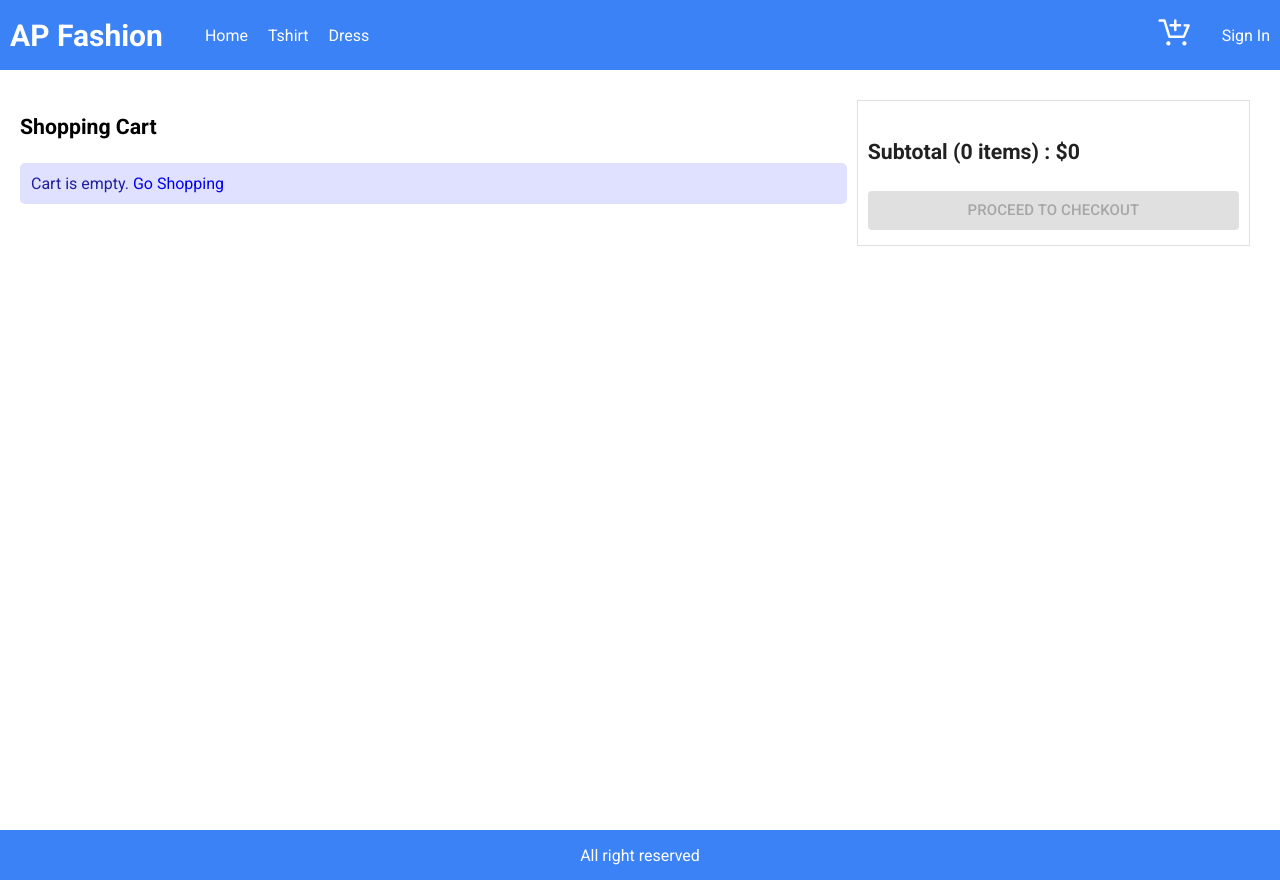
Repository: rexhep/e-commerce
Page: /cart (app in frontend/)
The author's editor kept a copy of each file at every save. The page is drawn from the files as they stood at one save, then again after the next save.
The browser window is 1280 px wide. The pictures show the whole page.
The project was rebuilt for these pictures with package versions that can differ from the ones it lists, and the page was loaded fresh each time. Also part of the build but not shown: frontend/src/actions/userActions.js, frontend/src/components/clientHeader/ClientHeader.jsx, frontend/src/components/LoadingBox.js, frontend/src/components/clientHeader/HeaderSlider.jsx, frontend/src/components/SearchFilters.jsx, frontend/src/components/Rating.js, frontend/src/actions/ratingsAction.js, frontend/src/components/products/Product.js and 26 more.

Above is the page before, as saved 2021-10-28 01:22:53.

### frontend/public/index.html
<!DOCTYPE html>
<html lang="en">
  <head>
    <meta charset="utf-8" />
    <link rel="icon" href="%PUBLIC_URL%/favicon.ico" />
    <meta name="viewport" content="width=device-width, initial-scale=1" />
    <meta name="theme-color" content="#000000" />
    <meta
      name="description"
      content="Web site created using create-react-app"
    />
    <link rel="apple-touch-icon" href="%PUBLIC_URL%/logo192.png" />
    <!--
      manifest.json provides metadata used when your web app is installed on a
      user's mobile device or desktop. See https://developers.google.com/web/fundamentals/web-app-manifest/
    -->
    <link rel="manifest" href="%PUBLIC_URL%/manifest.json" />
    <!--
      Notice the use of %PUBLIC_URL% in the tags above.
      It will be replaced with the URL of the `public` folder during the build.
      Only files inside the `public` folder can be referenced from the HTML.

      Unlike "/favicon.ico" or "favicon.ico", "%PUBLIC_URL%/favicon.ico" will
      work correctly both with client-side routing and a non-root public URL.
      Learn how to configure a non-root public URL by running `npm run build`.
    -->
    <link
        rel="stylesheet"
        href="https://cdnjs.cloudflare.com/ajax/libs/font-awesome/4.7.0/css/font-awesome.min.css"
      />
      <link rel="preconnect" href="https://fonts.googleapis.com">
      <link href="https://fonts.googleapis.com/css2?family=Roboto:ital,wght@0,100;0,300;0,400;0,500;0,700;0,900;1,100;1,300;1,400;1,500;1,700;1,900&display=swap" rel="stylesheet">
    <title>React App</title>
  </head>
  <body>
    <noscript>You need to enable JavaScript to run this app.</noscript>
    <div id="root"></div>
    <!--
      This HTML file is a template.
      If you open it directly in the browser, you will see an empty page.

      You can add webfonts, meta tags, or analytics to this file.
      The build step will place the bundled scripts into the <body> tag.

      To begin the development, run `npm start` or `yarn start`.
      To create a production bundle, use `npm run build` or `yarn build`.
    -->
  </body>
</html>

### frontend/src/index.js
import React from 'react';
import { Provider } from 'react-redux';
import ReactDOM from 'react-dom';
import './index.css';
import App from './App';
import reportWebVitals from './reportWebVitals';
import store from './store';

ReactDOM.render(
  <Provider store={store}>
    <React.StrictMode>
      <App />
    </React.StrictMode>
  </Provider>,
  document.getElementById('root')
);

// If you want to start measuring performance in your app, pass a function
// to log results (for example: reportWebVitals(console.log))
// or send to an analytics endpoint. Learn more: https://bit.ly/CRA-vitals
reportWebVitals();

### frontend/src/index.css
html {
  font-size: 62.5%; /* 16px x 62.5 = 10px = 1rem */
  box-sizing: border-box;
}

html, body {
  overflow: auto;
}

body {
  margin: 0;
  /* height: 100vh; */
  font-size: 1.6rem;
  font-family: 'Roboto', sans-serif;
  -webkit-font-smoothing: antialiased;
  -moz-osx-font-smoothing: grayscale;
  overflow-x: hidden;
}
#root {
  float: left;
  width: 100%;
  height: 100%;
  min-height: 100vh;
}

/* Layout */
.primary-container {
  margin-top: 20px;
}
.grid-container {
  display: grid;
  grid-template-areas:
  'header'
  'main'
  'footer';
  grid-template-columns: 1fr;
  grid-template-rows: 5rem 1fr 5rem;
  height: 100%;
}

header {
  grid-area: header;
  background-color: #3B82F6;
  height: 50px;
}

main {
  /* grid-area: main;
  padding: 1rem; */
  float: left;
  width: 100%;
  min-height: 100vh;
}

footer {
  grid-area: footer;
  background-color: #3B82F6;
  height: 50px;
  color: #fff;
  float: left;
  width: 100%;
}
/* Common */
h1 {
  font-size: 1.8rem;
  padding: 1rem 0;
}

h2 {
  font-size: 1.6rem;
  padding: 1rem 0;
}
a {
  text-decoration: none;
}
a:hover {
  color: #ff8000;
}
ul {
  padding: 0;
  margin: 0;
  list-style-type: none;
}
li {
  margin-top: 1rem;
}

.mr-20 {
  margin-right: 20px;
}

input,
select,
textarea,
button {
  padding: 1rem;
  border-radius: 0.5rem;
  border: 0.1rem #a4a4a4 solid;
  font-size: 1.6rem;
  font-family: Helvetica, Arial, sans-serif;
  -webkit-font-smoothing: antialiased;
  -moz-osx-font-smoothing: grayscale;
}

button {
  background-color: #f8f8f8;
  cursor: pointer;
}

#fade-button {
  color: #fff;
  font-size: 1.6rem;
}
#fade-button:hover {
  border: none;
}

input:hover,
select:hover,
textarea:hover,
button:hover {
  border: 0.1rem #404040 solid;
}
button.primary {
  background-color: #f0c040;
}
button.block {
  width: 100%;
}

button.small {
  font-size: 1.2rem;
}

/* Header */
header {
  color: #fff;
  padding: 1rem;
}
header div a {
  color: #fff;
}
a.brand {
  color: white;
  font-size: 3rem;
  font-weight: bold;
}
.badge {
  background-color: #f02020;
  color: #ffffff;
  border-radius: 50%;
  padding: 0.2rem 0.7rem;
  font-size: 1.4rem;
  margin-left: 0.2rem;
}
.row {
  display: flex;
  flex-wrap: wrap;
  justify-content: space-between;
  align-items: center;
}
.row.center {
  justify-content: center;
}
.row.top {
  align-items: flex-start;
}
.col-1 {
  flex: 1 1 25rem;
}
.col-2 {
  flex: 2 1 50rem;
}

.min-30 {
  min-width: 30rem;
}

/* Image */
img {
  border-radius: 0.5rem;
}
img.small {
  max-width: 5rem;
  width: 100%;
}
img.medium {
  max-width: 29rem;
  width: 100%;
}
img.large {
  width: 100%;
}
img.custom-image {
  max-width: 29rem;
  width: 100%;
  max-height: 600px;
  height: 100%;
}

/* SLIDER */
.slider-cover {
  float: left;
  width: 100%;
  height: 500px;
}

.slider-cover .desc {
  position: absolute;
  left: 50%;
  top: 50%;
  transform: translate(-50%, -50%);
  -ms-transform: translate(-50%, -50%); /* for IE 9 */
  -webkit-transform: translate(-50%, -50%); /* for Safari */
  max-width: 500px;
}

.slider-cover .desc h2.title {
  font-size: 32px;
  color: #fff;
  text-align: center;
  font-weight: 700;
  font-size: 60px;
  text-transform: uppercase;
  margin-bottom: 0;
}

.slider-cover .desc p {
  color: #fff;
  font-size: 16px;
  text-align: center;
  font-weight: 300;
}


/* Card */
.card {
  /* border: 0.1rem #c0c0c0 solid;
  background-color: #f8f8f8;
  border-radius: 0.5rem;
  margin: 1rem; */
  background-color: rgb(255, 255, 255);
  color: rgba(0, 0, 0, 0.87);
  transition: box-shadow 300ms cubic-bezier(0.4, 0, 0.2, 1) 0ms;
  border: 1px solid rgba(0, 0, 0, 0.12);
  overflow: hidden;
  border-radius: 0;
  margin: 1rem;
}
.card-body {
  padding: 1rem;
}

.card-body > * {
  margin-bottom: 0.5rem;
}

.custom-card {
  overflow: visible !important;
}

.custom-item, .custom-card {
  box-shadow: none !important;
  border-radius: 0 !important;
}

.custom-item {
  border:solid 1px #ccc9c9;
}

.custom-card-content a h2 {
  font-size: 18px;
  color: #1F2937;
  font-weight: 300;
    text-transform: uppercase;
}

.custom-card-content .rating span {
  font-size: 14px;
  font-weight: 300;
}

.custom-card-content .price {
  font-size: 18px;
  font-weight: 700;
  padding-top: 20px;
}

.custom-card img {
  border-radius: 0;
}

.test {
  z-index: 9999;
  background-color: red;
}

.price {
  font-size: 2rem;
}

/* Rating */
.rating span {
  color: #f0c040;
  margin: 0.1rem;
}
.rating span:last-child {
  color: #404040;
}

/* Alert */
.loading {
  display: block !important;
}
.success {
  color: #20a020;
}
.danger {
  color: #a02020;
}

.alert {
  padding: 1rem;
  border: 0.1rem solid transparent;
  border-radius: 0.5rem;
}
.alert-info {
  color: #2020a0;
  background-color: #e0e0ff;
}
.alert-danger {
  color: #a02020;
  background-color: #ffe0e0;
}

.alert-success {
  color: #20a020;
  background-color: #eeffe0;
}

/* Form */
.form {
  max-width: 60rem;
  margin: 0 auto;
}
.form > div {
  display: flex;
  flex-direction: column;
  margin: 1rem;
}
.form label {
  margin: 1rem 0;
}

/* Dropdown */
.dropdown {
  display: inline-block;
  position: relative;
}
.dropdown-content {
  position: absolute;
  display: none;
  right: 0;
  min-width: 12rem;
  padding: 1rem;
  z-index: 1;
  background-color: #203040;
  margin: 0;
  margin-top: 0.4rem;
  border-radius: 0.5rem;
}
.dropdown:hover .dropdown-content {
  display: block;
}

/* Checkout Steps */
.checkout-steps > div {
  border-top: 0.3rem #c0c0c0 solid;
  color: #c0c0c0;
  flex: 1;
  padding: 1rem;
  font-weight: bold;
}
.checkout-steps > div.active {
  border-top-color: #f08000;
  color: #f08000;
}

/* Table */
.table {
  width: 100%;
  border-collapse: collapse;
}
.table tbody tr:nth-of-type(odd) {
  background-color: #f4f4f4;
}
.table td,
.table th {
  text-align: left;
  border: 0.1rem solid #e4e4e4;
  padding: 0.5rem;
}
.table button {
  margin: 0 0.2rem;
}

/* font-SIZE */
.fontSize, .fontSize a {
  font-size: 1.6rem !important;
  color: #333 !important;
}
.fontSize-avatar {
  color: #fff;
  font-size: 1.6rem !important;
}

/* AVATAR ICON */
.avatar-icon {
  margin-left: 10px !important;
}
.avatar-icon:hover {
  border: 0;
}

/* SPINNER */
.spinner-box {
  width: 100%;
  height: 85vh;
  display: flex;
  justify-content: center;
  align-items: center;
  background-color: transparent;
}
.three-quarter-spinner {
  width: 50px;
  height: 50px;
  border: 3px solid #fb5b53;
  border-top: 3px solid transparent;
  border-radius: 50%;
  animation: spin .5s linear 0s infinite;
}

/* END SPINNER */

/* PRODUCT DETAILS */
.product-details {
  padding: 20px;
}
.product-details-image {
  width: 100%;
}

.product-details-image img {
  width: auto;
  max-height: 500px;
  margin: 0 auto;
  display: block;
  border: solid 1px;
  border-radius: 0;
}

.product-details h1 {
  text-transform: uppercase;
  font-family: 'Roboto', sans-serif;
}

.product-details ul li {
  font-family: 'Roboto', sans-serif;
  font-weight: 300;
}

/* END PRODUCT DETAILS */

/* SEARCH FILTER */
.search-filter-main {
  display: block;
  float: left;
  width: 100%;
}
.search-filters {
  display: flex;
  align-items: center;
  justify-content: space-between;
  padding: 15px 0;
  margin: 40px 0;
  border-top: 1px dashed rgba(#2e7bf7, 0.1);
  border-bottom: 1px dashed rgba(#2e7bf7, 0.1);
}
.search-filters input[type="text"] {
  display: block;
  flex: 1;
  padding: 10px 0;
  outline: none;
  font-family: inherit;
  font-size: 20px;
  font-weight: 300;
  color: #000;
  border: none;
  background: none;
}
.search-filters::placeholder {
  font-style: italic;
  color: rgba(#000, 0.3);
}

.search-filters > div {
  display: flex;
  align-items: center;
}

.search-filters > p {
    margin: 0 20px 0 0;
    font-size: 14px;
    font-style: italic;
    font-weight: 400;
    text-align: right;
}

.search-filters > span {
  display: inline-block;
  margin-left: 10px;
  font-size: 12px;
}


.search-filters .slider {
  min-width: 200px;
  height: 30px;
}

.search-filters .slider .track {
    top: 50%;
    height: 8px;
    margin: -4px 0 0;
    background: #3B82F6;
    border-radius: 99px;
  }

  .search-filters .slider .track-1 {
    background:#2868cf
  }

  .search-filters .slider .thumb {
    top: 50%;
    width: 20px;
    height: 20px;
    cursor: pointer;
    outline: none;
    transform: translate(0, -50%);
    background: #3B82F6;
    border-radius: 4px;
    transition: 120ms background-color;
  }

  .search-filters .slider:before {
      content: attr(aria-valuenow);
      position: absolute;
      left: 50%;
      bottom: 100%;
      font-size: 12px;
      font-style: italic;
      line-height: 20px;
      padding: 0 5px;
      color: #fff;
      background: rgba(#000, 0.8);
      border-radius: 4px;
      opacity: 0;
      transform: translate(-50%, -5px) scale(0.5);
      transform-origin: center 25px;
      transition: 120ms transform ease-in-out, 120ms opacity;
      pointer-events: none;
    }

    .search-filters .slider:after {
      content: '';
      position: absolute;
      left: 50%;
      bottom: 100%;
      opacity: 0;
      border: 3px solid transparent;
      border-top-color: rgba(#000, 0.8);
      transform: translate(-50%, 0) scale(0.5);
      transform-origin: center bottom;
      transition: 120ms transform ease-in-out, 120ms opacity;
      pointer-events: none;
    }

  .search-filters .slider:hover:before, .search-filters .slider:hover.active:before {
      opacity: 1;
      transform: translate(-50%, -5px) scale(1);
    }

  .search-filters .slider:hover:after, .search-filters .slider:hover:after {
    opacity: 1;
    transform: translate(-50%, 1px) scale(1);
    }
/* END SEARCH FILTER */

/* IMAGE DETAILS */
.carousel-container {
  margin: 20px;
}

.selected-image {
  width: 100%;
  height: 500px;
  margin-bottom: 8px;
  background-position: center center;
  background-repeat: no-repeat;
  background-size: cover;
}

.carousel {
  position: relative;
}

/* .carousel__images {
  display: flex;
  max-width: 100%;
  overflow-x: hidden;
} */

.carousel__image-selected {
  border: 3px solid #ffa700 !important;
}

.carousel__image {
  margin-right: 10px;
  height: 150px;
  /* min-width: 150px; */
  border: 3px solid #ffa70000;
  background-position: center center;
  background-repeat: no-repeat;
  background-size: cover;
}

.carousel__button {
  position: absolute;
  top: 40%;
}

.carousel__button-left {
  left: 10px;
  background-image: url('./pages/products/images/prev.png');
  background-repeat: no-repeat;
  width: 50px;
  height: 50px;
  background-position: center;
  border-radius: 50%;
  border: none;
  background-color: #fff;
  box-shadow: 0px 5px 25px 0px rgb(0 0 0 / 10%);
  z-index: 9999;
}

.carousel__button-right {
  right: 10px;
  background-image: url('./pages/products/images/next.png');
  background-repeat: no-repeat;
  width: 50px;
  height: 50px;
  background-position: center;
  border-radius: 50%;
  border: none;
  background-color: #fff;
  box-shadow: 0px 5px 25px 0px rgb(0 0 0 / 10%);
  z-index: 9999;
}
/* END IMAGE_DETAILS */

/* KEYFRAMES */

@keyframes spin {
  from {
    transform: rotate(0);
  }
  to{
    transform: rotate(359deg);
  }
}

@keyframes spin3D {
  from {
    transform: rotate3d(.5,.5,.5, 360deg);
  }
  to{
    transform: rotate3d(0deg);
  }
}

@keyframes configure-clockwise {
  0% {
    transform: rotate(0);
  }
  25% {
    transform: rotate(90deg);
  }
  50% {
    transform: rotate(180deg);
  }
  75% {
    transform: rotate(270deg);
  }
  100% {
    transform: rotate(360deg);
  }
}

@keyframes configure-xclockwise {
  0% {
    transform: rotate(45deg);
  }
  25% {
    transform: rotate(-45deg);
  }
  50% {
    transform: rotate(-135deg);
  }
  75% {
    transform: rotate(-225deg);
  }
  100% {
    transform: rotate(-315deg);
  }
}

@keyframes pulse {
  from {
    opacity: 1;
    transform: scale(1);
  }
  to {
    opacity: .25;
    transform: scale(.75);
  }
}

### frontend/src/components/privateRoute.js
import React from 'react';
import { useSelector } from 'react-redux';
import { Redirect, Route } from 'react-router-dom';

export default function PrivateRoute({ component: Component, ...rest }) {
    const userSignin = useSelector((state) => state.userSignin);
    const { userInfo } = userSignin;
    return (
        <Route
            {...rest}
            render={(props) =>
                userInfo ? (
                    <Component {...props}></Component>
                ) : (
                    <Redirect to="/signin" />
                )
            }
        ></Route>
    );
}

### frontend/src/components/AdminRoute.js
import React from 'react';
import { useSelector } from 'react-redux';
import { Redirect, Route } from 'react-router-dom';

export default function AdminRoute({ component: Component, ...rest }) {
    const userSignin = useSelector((state) => state.userSignin);
    const { userInfo } = userSignin;
    return (
        <Route
            {...rest}
            render={(props) =>
                userInfo && userInfo.isAdmin ? (
                    <Component {...props}></Component>
                ) : (
                    <Redirect to="/signin" />
                )
            }
        ></Route>
    )
}

### frontend/src/reducers/ratingsReducers.js
import { PRODUCT_RATINGS_FAIL, PRODUCT_RATINGS_REQUEST, PRODUCT_RATINGS_SUCCESS } from "../constants/ratingsConstants";

export const productRatingsReducer = (state = { loading: true, ratings: [] }, action) => {
    switch (action.type) {
        case PRODUCT_RATINGS_REQUEST:
            return { loading: true };
        case PRODUCT_RATINGS_SUCCESS:
            return { loading: false, item: action.payload }
        case PRODUCT_RATINGS_FAIL:
            return { loading: false, error: action.payload };
        default:
            return state;
    }
}

### frontend/src/components/clientHeader/ClientNavbar.jsx
import React from 'react';
import { useSelector } from 'react-redux';
import { Link } from 'react-router-dom';
import { makeStyles } from '@material-ui/core';
import addToCartImage from '../../components/clientHeader/images/add-to-cart.png';
import ClientHeader from '../clientHeader/ClientHeader';

const useStyles = makeStyles((theme) => ({
    dashboardDropdown: {
        padding: "0px 10px",
        '& a': {
            textTransform: 'uppercase'
        }
    },
    addToCartSector: {
        position: 'relative',
        marginLeft: 'auto',
        '& .badge': {
            position: "absolute",
            right: -15
        }
    },
    rowHeader: {
        display: "flex",
        alignItems: "center",
        justifyContent: "flex-end",
        flexWrap: "wrap",
        rowGap: "10px",
        columnGap: "2em"
    },
    navMenu: {
        float: 'left',
        '& a': {
            padding: "10px 10px"
        }
    }
  }));

export default function ClientNavbar() {
    const classes = useStyles();
    const cart = useSelector(state => state.cart);
    const { cartItems } = cart;

    const links = [
        {
          name: `Tshirt`,
          target: `/products/tshirt`
        },
        {
          name: `Dress`,
          target: `/products/dress`
        }
      ];


    const userSignin = useSelector((state) => state.userSignin);
    const { userInfo } = userSignin;

    return (
        <div>
                <header className={classes.rowHeader}>
                    <div>
                        <Link className="brand" to="/">AP Fashion</Link>
                    </div>
                    <div className={classes.navMenu}>
                        <Link to="/">Home</Link>
                        {
                            links.map((link) => {
                                return(
                                    <Link to={link.target}>{link.name}</Link>
                                )
                            })
                        }
                    </div>
                    <div className={classes.addToCartSector}>
                        <Link to="/cart">
                        <img src={addToCartImage} alt="Add to cart" />
                            {cartItems.length > 0 && (
                                <span className="badge">{cartItems.length}</span>
                            )}
                        </Link>
                    </div>
                    <div>
                        {userInfo ? (
                            <div className="dropdown">
                                <ClientHeader />
                            </div>
                        ) : (
                            <Link to="/signin">Sign In</Link>
                        )}
                        {userInfo && userInfo.isAdmin && (
                            <div className={`${classes.dashboardDropdown} dropdown`}>
                                <Link to="/dashboard">Dashboard</Link>
                            </div>
                        )}
                    </div>
                </header>
            </div>
    )
}

### frontend/src/constants/userConstants.js
export const USER_REGISTER_REQUEST = 'USER_REGISTER_REQUEST';
export const USER_REGISTER_SUCCESS = 'USER_REGISTER_SUCCESS';
export const USER_REGISTER_FAIL = 'USER_REGISTER_FAIL';

export const USER_SIGNIN_REQUEST = 'USER_SIGNIN_REQUEST';
export const USER_SIGNIN_SUCCESS = 'USER_SIGNIN_SUCCESS';
export const USER_SIGNIN_FAIL = 'USER_SIGNIN_FAIL';

export const USER_SIGNOUT = 'USER_SIGNOUT';

export const USER_DETAILS_REQUEST = 'USER_DETAILS_REQUEST';
export const USER_DETAILS_SUCCESS = 'USER_DETAILS_SUCCESS';
export const USER_DETAILS_FAIL = 'USER_DETAILS_FAIL';

export const USER_UPDATE_PROFILE_REQUEST = 'USER_UPDATE_PROFILE_REQUEST';
export const USER_UPDATE_PROFILE_SUCCESS = 'USER_UPDATE_PROFILE_SUCCESS';
export const USER_UPDATE_PROFILE_FAIL = 'USER_UPDATE_PROFILE_FAIL';
export const USER_UPDATE_PROFILE_RESET = 'USER_UPDATE_PROFILE_RESET';

export const ADMIN_ALL_USERS_REQUEST = 'ADMIN_ALL_USERS_REQUEST';
export const ADMIN_ALL_USERS_SUCCESS = 'ADMIN_ALL_USERS_SUCCESS';
export const ADMIN_ALL_USERS_FAIL = 'ADMIN_ALL_USERS_FAIL';

### frontend/src/constants/productContants.js
export const PRODUCT_LIST_REQUEST = 'PRODUCT_LIST_REQUEST';
export const PRODUCT_LIST_SUCCESS = 'PRODUCT_LIST_SUCCESS';
export const PRODUCT_LIST_FAIL = 'PRODUCT_LIST_FAIL';
export const PRODUCT_LIST_RESET = 'PRODUCT_LIST_RESET';

export const PRODUCT_DETAILS_REQUEST = 'PRODUCT_DETAILS_REQUEST';
export const PRODUCT_DETAILS_SUCCESS = 'PRODUCT_DETAILS_SUCCESS';
export const PRODUCT_DETAILS_FAIL = 'PRODUCT_DETAILS_FAIL';

export const PRODUCT_REGISTER_REQUEST = 'PRODUCT_REGISTER_REQUEST';
export const PRODUCT_REGISTER_SUCCESS = 'PRODUCT_REGISTER_SUCCESS';
export const PRODUCT_REGISTER_FAIL = 'PRODUCT_REGISTER_FAIL';

export const PRODUCT_BY_CATEGORY_REQUEST = 'PRODUCT_BY_CATEGORY_REQUEST';
export const PRODUCT_BY_CATEGORY_SUCCESS = 'PRODUCT_BY_CATEGORY_SUCCESS';
export const PRODUCT_BY_CATEGORY_FAIL = 'PRODUCT_BY_CATEGORY_FAIL';
export const PRODUCT_BY_CATEGORY_RESET = 'PRODUCT_BY_CATEGORY_RESET'

### frontend/src/constants/ratingsConstants.js
export const PRODUCT_RATINGS_REQUEST = 'PRODUCT_RATINGS_REQUEST';
export const PRODUCT_RATINGS_SUCCESS = 'PRODUCT_RATINGS_SUCCESS';
export const PRODUCT_RATINGS_FAIL = 'PRODUCT_RATINGS_FAIL';

Loaded but not shown: frontend/src/reportWebVitals.js (common file); frontend/src/components/MessageBox.js (common file); frontend/src/constants/cartContstant.js (common file); frontend/src/pages/CartPage.js (173 lines, source omitted); frontend/src/reducers/orderReducers.js (108 lines, source omitted); frontend/src/actions/productActions.js (93 lines, source omitted); frontend/src/reducers/userReducer.js (70 lines, source omitted); frontend/src/App.js (52 lines, source omitted); frontend/src/store.js (57 lines, source omitted); frontend/src/reducers/productReducers.js (62 lines, source omitted); frontend/src/actions/cartActions.js (43 lines, source omitted); frontend/src/reducers/cartReducers.js (39 lines, source omitted); frontend/src/constants/orderConstants.js (26 lines, source omitted)

After the next save:
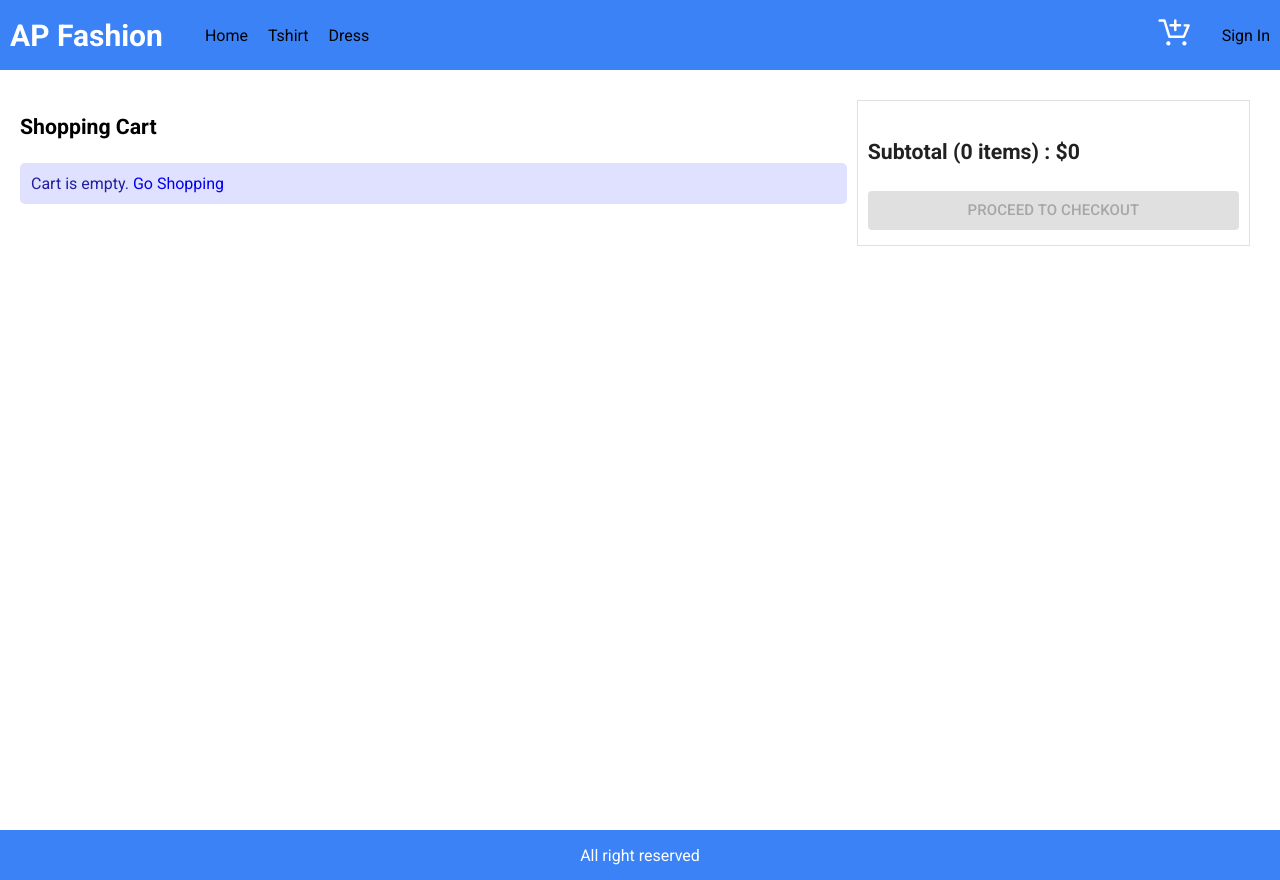
Saved 2 min 2 s later.
--- a/frontend/src/index.css
+++ b/frontend/src/index.css
@@ -138,7 +138,7 @@ header {
   padding: 1rem;
 }
 header div a {
-  color: #fff;
+  color: #000;
 }
 a.brand {
   color: white;
